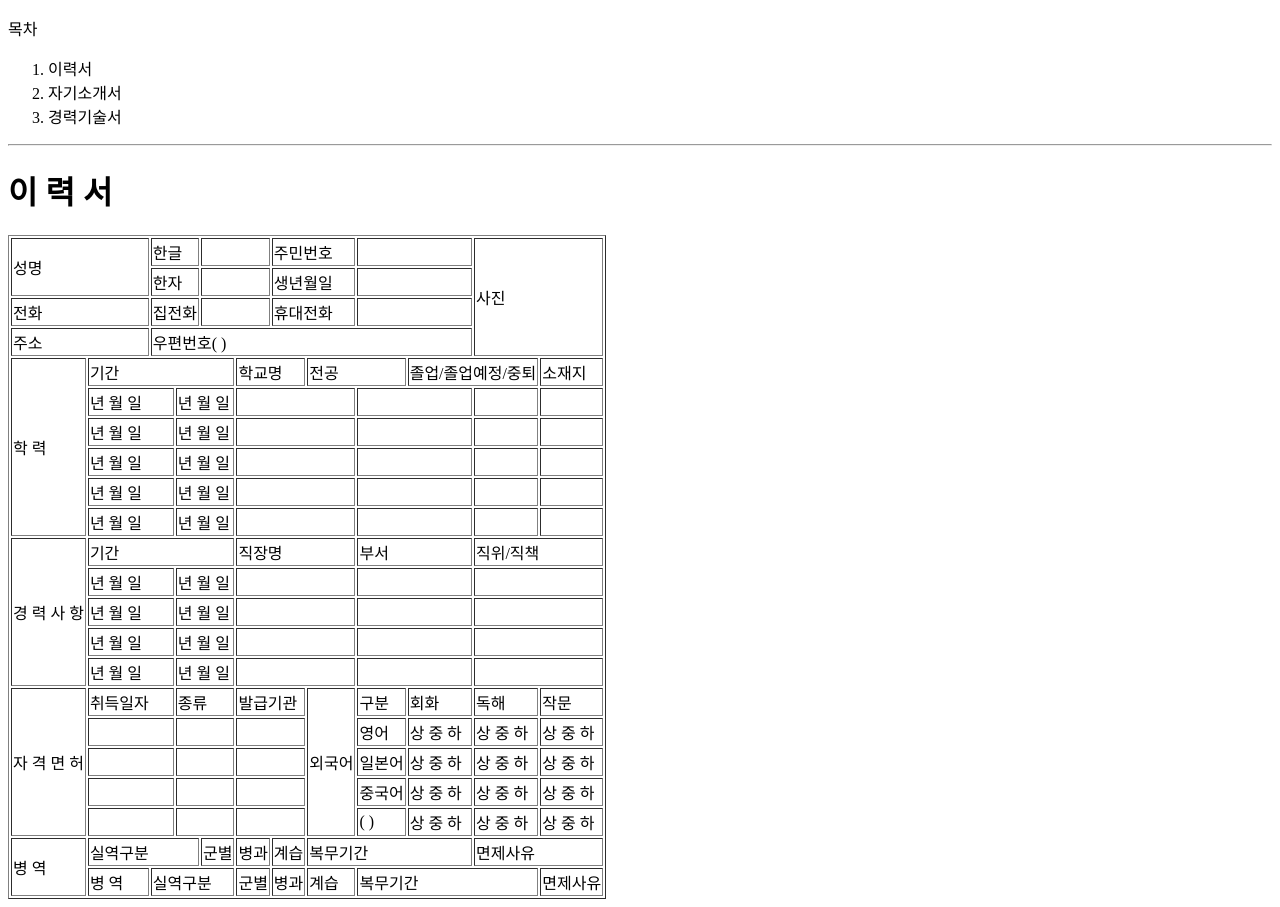
Repository: jeemaru/htme_01
Page: html_01/hw01/ex_01.html
An editor plug-in stored every save of this project. The page is shown before and after the next save, followed by the edit.
The browser window is 1280 px wide. The pictures show the whole page.

Above is the page before, as saved 2022-04-01 09:08:04.

### html_01/hw01/ex_01.html
<!DOCTYPE html>
<html>

	<head>
		<meta charset="UTF-8">
		<title>Insert title here</title>
	</head>


	<body>
		<p>목차</p>
		<ol>
			<li>이력서</li>
			<li>자기소개서</li>
			<li>경력기술서</li>
		</ol>
	<hr>
	<p>
	<p>

		<h1>이	력	서</h1>

		<table border="1">
			<tr>
				<td colspan="2"rowspan="2">성명</td>
				<td colspan="2">한글</td>
				<td colspan="2"> </td>
				<td colspan="2">주민번호</td>
				<td colspan="2"> </td>
				<td colspan="2"rowspan="4">사진</td>

			</tr>
			<tr>
				<td colspan="2">한자</td>
				<td colspan="2"> </td>
				<td colspan="2">생년월일</td>
				<td colspan="2"> </td>
			</tr>
			<tr>
				<td colspan="2">전화</td>
				<td colspan="2">집전화</td>
				<td colspan="2"> </td>
				<td colspan="2">휴대전화</td>
				<td colspan="2"></td>
			</tr>
			<tr>
				<td colspan="2">주소</td>
				<td colspan="8">우편번호( )</td>
			</tr>
			<tr>
				<td rowspan="6">학 력</td>
				<td colspan="4">기간</td>
				<td colspan="2">학교명</td>
				<td colspan="2">전공</td>
				<td colspan="2">졸업/졸업예정/중퇴</td>
				<td>소재지</td>
			</tr>
			<tr>
				<td colspan="2">년 월 일</td>
				<td colspan="2">년 월 일</td>
				<td colspan="3">	</td>
				<td colspan="2">	</td>
				<td>	</td>
				<td>	</td>
			</tr>
			<tr>
				<td colspan="2">년 월 일</td>
				<td colspan="2">년 월 일</td>
				<td colspan="3">	</td>
				<td colspan="2">	</td>
				<td>	</td>
				<td>	</td>
			</tr>
			<tr>
				<td colspan="2">년 월 일</td>
				<td colspan="2">년 월 일</td>
				<td colspan="3">	</td>
				<td colspan="2">	</td>
				<td>	</td>
				<td>	</td>
			</tr>
			<tr>
				<td colspan="2">년 월 일</td>
				<td colspan="2">년 월 일</td>
				<td colspan="3">	</td>
				<td colspan="2">	</td>
				<td>	</td>
				<td>	</td>
			</tr>
			<tr>
				<td colspan="2">년 월 일</td>
				<td colspan="2">년 월 일</td>
				<td colspan="3">	</td>
				<td colspan="2">	</td>
				<td>	</td>
				<td>	</td>
			</tr>
			<tr>
				<td rowspan="5">경 력 사 항</td>
				<td colspan="4">기간</td>
				<td colspan="3">직장명</td>
				<td colspan="2">부서</td>
				<td colspan="2">직위/직책</td>
			</tr>
			<tr>
				<td colspan="2">년 월 일</td>
				<td colspan="2">년 월 일</td>
				<td colspan="3">	</td>
				<td colspan="2">	</td>
				<td colspan="2">	</td>
			</tr>
			<tr>
				<td colspan="2">년 월 일</td>
				<td colspan="2">년 월 일</td>
				<td colspan="3">	</td>
				<td colspan="2">	</td>
				<td colspan="2">	</td>
			</tr>
			<tr>
				<td colspan="2">년 월 일</td>
				<td colspan="2">년 월 일</td>
				<td colspan="3">	</td>
				<td colspan="2">	</td>
				<td colspan="2">	</td>
			</tr>
			<tr>
				<td colspan="2">년 월 일</td>
				<td colspan="2">년 월 일</td>
				<td colspan="3">	</td>
				<td colspan="2">	</td>
				<td colspan="2">	</td>
			</tr>
			<tr>
				<td rowspan="5">자 격 면 허</td>
				<td colspan="2">취득일자</td>
				<td colspan="2">종류</td>
				<td colspan="2">발급기관</td>
				<td rowspan="5">외국어</td>
				<td>구분</td>
				<td>회화</td>
				<td>독해</td>
				<td>작문</td>
			</tr>
			<tr>
				<td colspan="2"></td>
				<td colspan="2"></td>
				<td colspan="2"></td>
				<td>영어</td>
				<td>상 중 하</td>
				<td>상 중 하</td>
				<td>상 중 하</td>
			</tr>
			<tr>
				<td colspan="2"></td>
				<td colspan="2"></td>
				<td colspan="2"></td>
				<td>일본어</td>
				<td>상 중 하</td>
				<td>상 중 하</td>
				<td>상 중 하</td>
			</tr>
			<tr>
				<td colspan="2"></td>
				<td colspan="2"></td>
				<td colspan="2"></td>
				<td>중국어</td>
				<td>상 중 하</td>
				<td>상 중 하</td>
				<td>상 중 하</td>
			</tr>
			<tr>
				<td colspan="2"></td>
				<td colspan="2"></td>
				<td colspan="2"></td>
				<td>( )</td>
				<td>상 중 하</td>
				<td>상 중 하</td>
				<td>상 중 하</td>
			</tr>
			<tr>
				<td rowspan="2">병 역</td>
				<td colspan="3">실역구분</td>
				<td>군별</td>
				<td>병과</td>
				<td>계습</td>
				<td colspan="3">복무기간</td>
				<td colspan="2">면제사유</td>
			</tr>
			<tr>
				<td rowspan="2">병 역</td>
				<td colspan="3">실역구분</td>
				<td>군별</td>
				<td>병과</td>
				<td>계습</td>
				<td colspan="3">복무기간</td>
				<td colspan="2">면제사유</td>
			</tr>

		</table>

	</body>
</html>

After the next save:
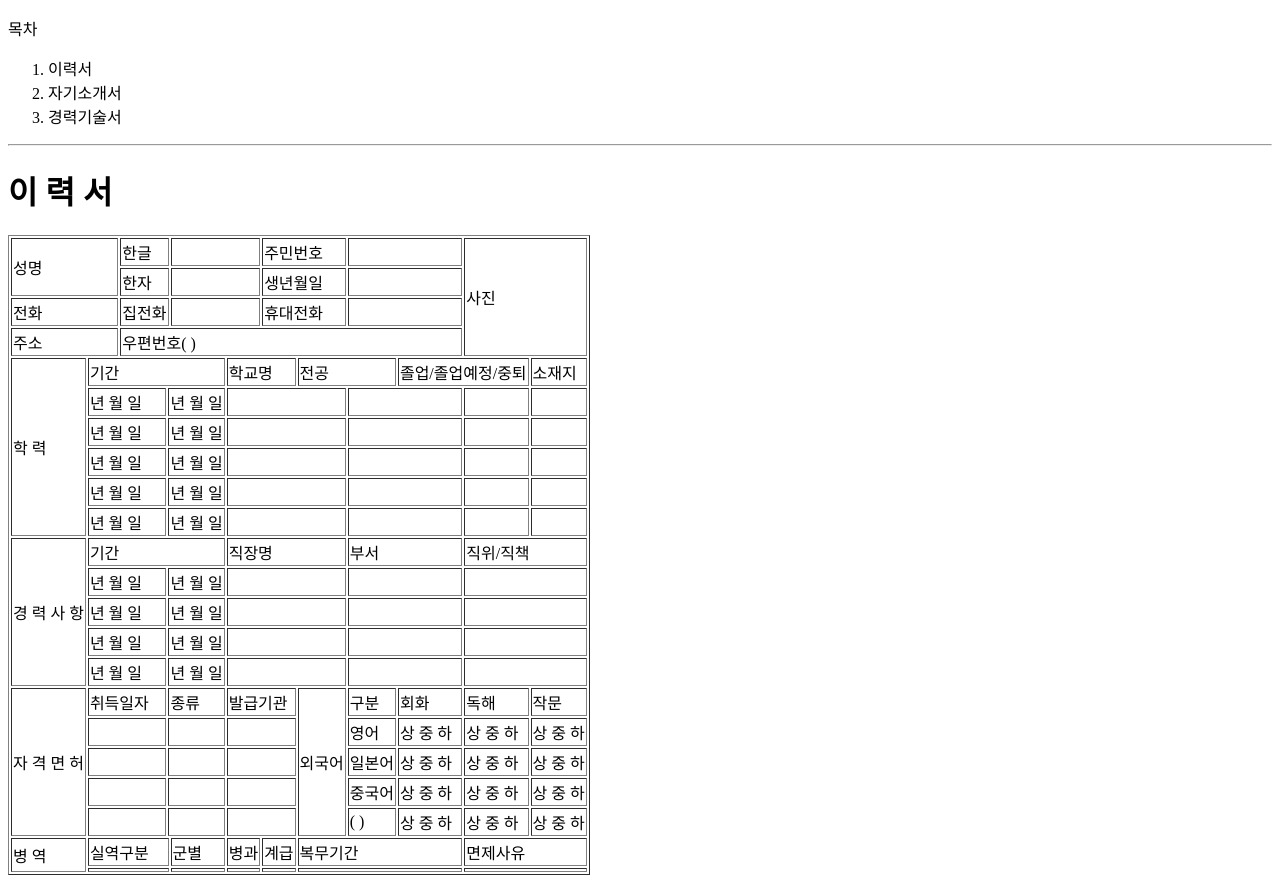
Saved 47 s later.
--- a/html_01/hw01/ex_01.html
+++ b/html_01/hw01/ex_01.html
@@ -182,18 +182,17 @@
 				<td colspan="3">실역구분</td>
 				<td>군별</td>
 				<td>병과</td>
-				<td>계습</td>
+				<td>계급</td>
 				<td colspan="3">복무기간</td>
 				<td colspan="2">면제사유</td>
 			</tr>
 			<tr>
-				<td rowspan="2">병 역</td>
-				<td colspan="3">실역구분</td>
-				<td>군별</td>
-				<td>병과</td>
-				<td>계습</td>
-				<td colspan="3">복무기간</td>
-				<td colspan="2">면제사유</td>
+				<td colspan="3"></td>
+				<td></td>
+				<td></td>
+				<td></td>
+				<td colspan="3"></td>
+				<td colspan="2"></td>
 			</tr>
 
 		</table>
